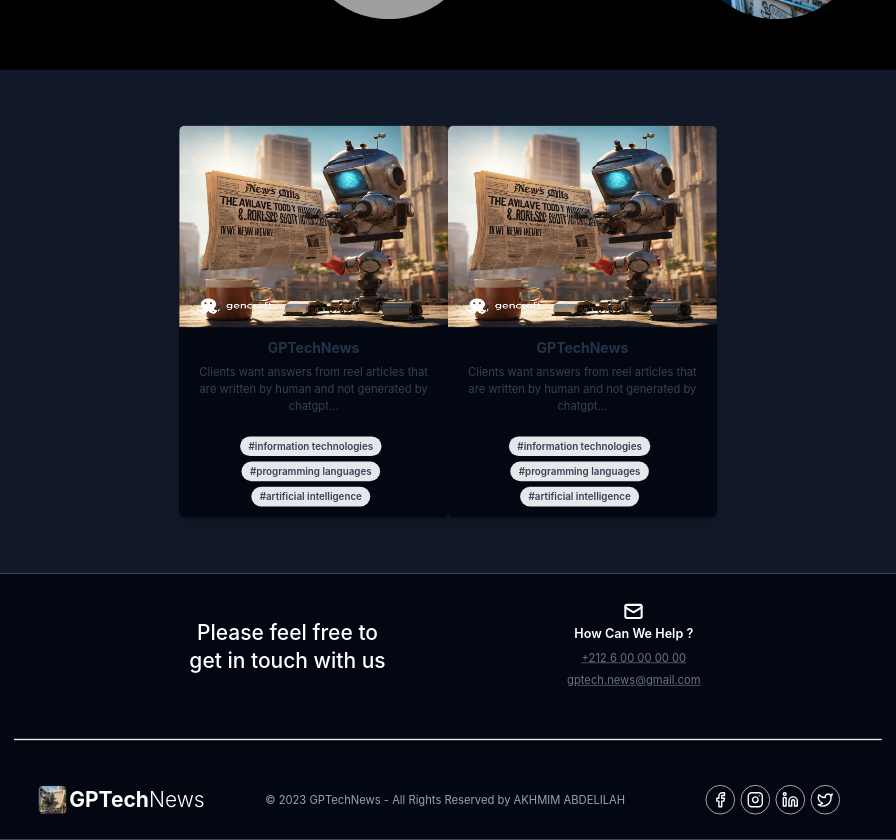
Repository: Lablab-me-Hackathon/gptech-news-frontend
Page: /
The author's editor kept a copy of each file at every save. The page is drawn from the files as they stood at one save, then again after a run of saves.
The browser window is 1280 px wide. The pictures show the part of the page from y = 668 to 2588 px (the page is 1868 px tall before and 2588 px after), at 70% of full size.
Pictures or frames that could not be fetched are drawn as grey boxes. The project was rebuilt for these pictures with package versions that can differ from the ones it lists, and the page was loaded fresh each time. Also part of the build but not shown: vite.config.js.

Above is the page before, as saved 2023-08-07 18:34:19.

After the next 2 saves:
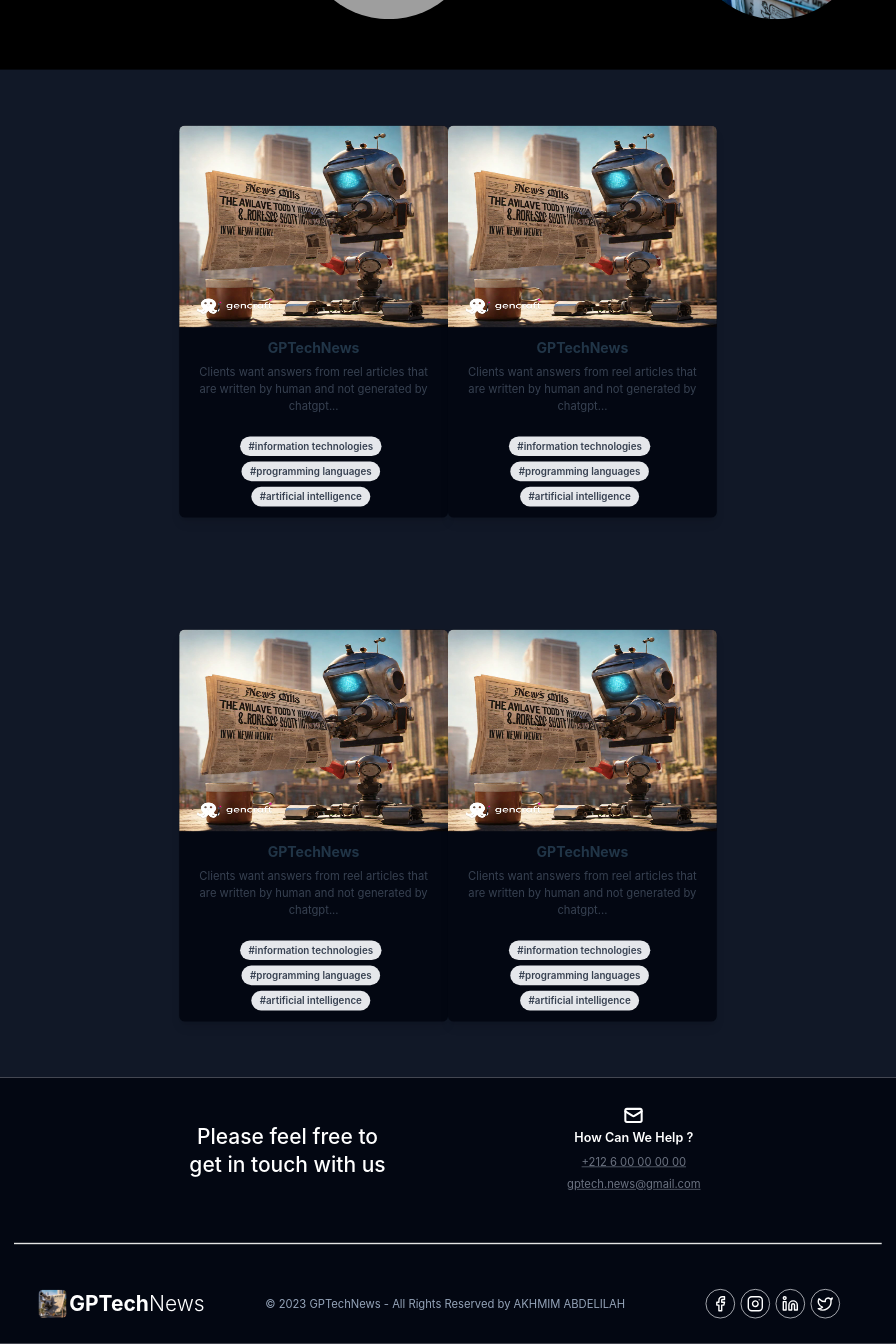
The 2 saves are shown as one change because they came seconds apart.
The last was saved 7 s later.
--- a/src/components/Main.jsx
+++ b/src/components/Main.jsx
@@ -6,12 +6,17 @@
   return (
     <div className="text-center w-full scroll-smooth bg-gray-900">
       <div className="w-full flex-box">
-          <Welcome />
+        <Welcome />
       </div>
 
       <div className="w-full flex-box py-20">
-          <Cards />
-          <Articles />
+        <Cards />
+        <Articles />
+      </div>
+
+      <div className="w-full flex-box py-20">
+        <Cards />
+        <Articles />
       </div>
     </div>
   );
